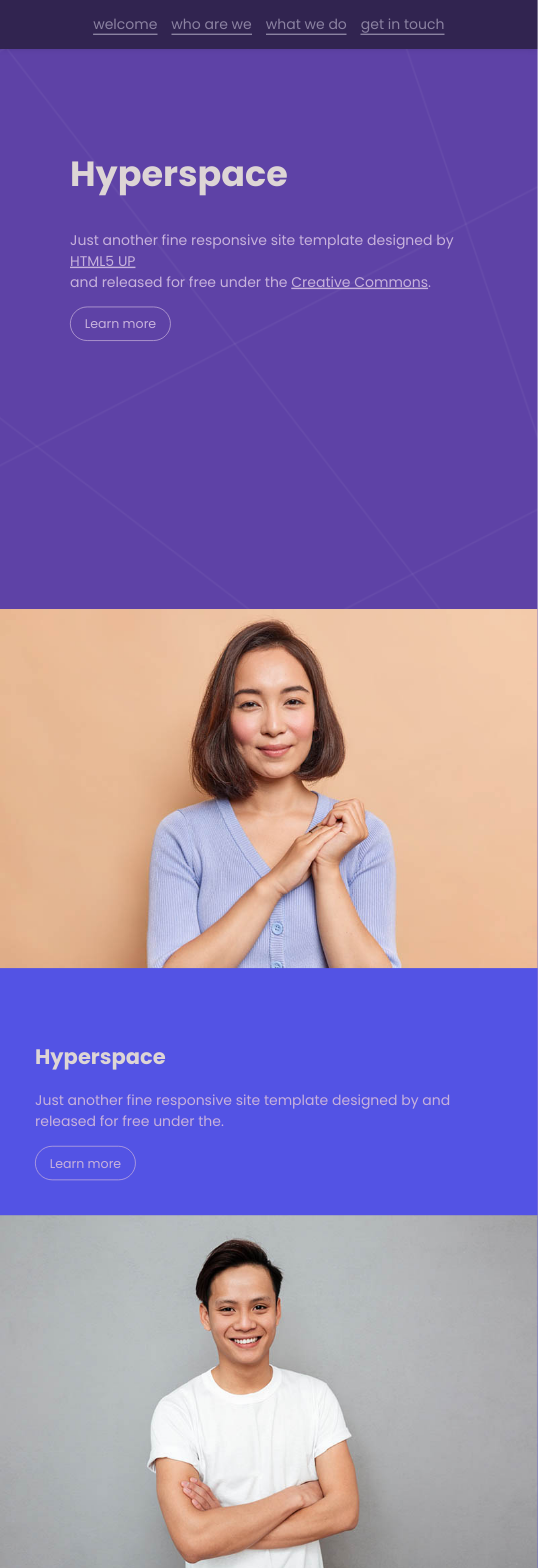
Repository: zai31/KIMIT_Tasks
Page: JsSession8/index.html
An editor plug-in stored every save of this project. The page is shown before and after the next save, followed by the edit.
The browser window is 768 px wide. The pictures show the part of the page from y = 0 to 2240 px (the page is 6206 px tall before and 5925 px after), at 70% of full size.
Backgrounds fixed to the window are drawn as part of the page.

Above is the page before, as saved 2025-09-17 15:44:23.

### JsSession8/index.html
<!DOCTYPE html>
<html lang="en">
<head>
    <meta charset="UTF-8">
    <meta name="viewport" content="width=device-width, initial-scale=1.0">
    <link rel="stylesheet" href="./css/style.css">
	<link href="https://cdnjs.cloudflare.com/ajax/libs/font-awesome/6.5.2/css/all.min.css" rel="stylesheet">

    <title>Responsive</title>
</head>

<body>
    <section  class="flex-section">
        <div class="menu">
        <ul>
            <li><a href="#">welcome</a></li>
            <li><a href="#">who are we</a></li>
            <li><a href="#">what we do</a></li>
            <li><a href="#">get in touch</a></li>
        </ul>
</div>
<div class="section">
    <div class="content">
      <div class="intro">
							<h1>Hyperspace</h1>
							<p>Just another fine responsive site template designed by <a href="https://html5up.net">HTML5 UP</a><br>
							and released for free under the <a href="https://html5up.net/license">Creative Commons</a>.</p>
							<button>Learn more</button>

						</div>
    <div class="overview">
        <div class="s" style="background-color: rgb(83, 83, 228);">
           <img src="./images/1.jpg" alt="">

							<div ><h1>Hyperspace</h1>
                                <p>Just another fine responsive site template designed by
							and released for free under the.</p>
							<button>Learn more</button></div>
        </div>
        <div class="s" style="background-color: rgb(69, 69, 226);">
            <img src="./images/2.jpg" alt="">
							<div >
                                           	<h1>Hyperspace</h1>
<p>Just another fine responsive site template designed by
							and released for free under the.</p>
							<button>Learn more</button></div>
        </div>
        <div class="s" style="background-color: rgb(54, 54, 213);">
            <img src="./images/3.jpg" alt="">
							<div >
                                           	<h1>Hyperspace</h1>
<p>Just another fine responsive site template designed by
							and released for free under the.</p>
							<button>Learn more</button></div>
        </div>
    <div class="what">
							<h2 style="font-size: 30px;">What we do</h2>
							<p>Phasellus convallis elit id ullamcorper pulvinar. Duis aliquam turpis mauris, eu ultricies erat malesuada quis. Aliquam dapibus, lacus eget hendrerit bibendum, urna est aliquam sem, sit amet imperdiet est velit quis lorem.</p>
							<div class="features">
								<section style="border-radius:5px 0px 0px 0 ;">
									<span style="color: rgba(255, 255, 255, 0.759); font-size: 30px;" class="fa-solid fa-lock"></span>
									<h3 >Lorem ipsum amet</h3>
									<p>Phasellus convallis elit id ullam corper amet et pulvinar. Duis aliquam turpis mauris, sed ultricies erat dapibus.</p>
								</section>
								<section style="border-radius:0 5px 0px 0 ;">
									<span style="color: rgba(255, 255, 255, 0.759); font-size: 30px;" class="fa-solid fa-lock"></span>
									<h3>Aliquam sed nullam</h3>
									<p>Phasellus convallis elit id ullam corper amet et pulvinar. Duis aliquam turpis mauris, sed ultricies erat dapibus.</p>
								</section>
								<section>
									<span style="color: rgba(255, 255, 255, 0.759); font-size: 30px;" class="fa-solid  fa-cog"></span>
									<h3>Sed erat ullam corper</h3>
									<p>Phasellus convallis elit id ullam corper amet et pulvinar. Duis aliquam turpis mauris, sed ultricies erat dapibus.</p>
								</section>
								<section>
									<span style="color: rgba(255, 255, 255, 0.759); font-size: 30px;" class="fa-solid fa-desktop"></span>
									<h3>Veroeros quis lorem</h3>
									<p>Phasellus convallis elit id ullam corper amet et pulvinar. Duis aliquam turpis mauris, sed ultricies erat dapibus.</p>
								</section>
								<section style="border-radius:0 0px 0px 5px  ;">
									<span class="fa-solid fa-link" style="color: rgba(255, 255, 255, 0.759); font-size: 30px;"></span>
									<h3>Urna quis bibendum</h3>
									<p>Phasellus convallis elit id ullam corper amet et pulvinar. Duis aliquam turpis mauris, sed ultricies erat dapibus.</p>
								</section>
								<section style="border-radius:0 0px 5px 0 ;">
									<span class="fa-solid fa-gem" style="color: rgba(255, 255, 255, 0.759); font-size: 30px;" ></span>
									<h3>Aliquam urna dapibus</h3>
									<p>Phasellus convallis elit id ullam corper amet et pulvinar. Duis aliquam turpis mauris, sed ultricies erat dapibus.</p>
								</section>
							</div>
							<ul class="actions">
								<li style="list-style: none;"><a href="generic.html" class="button" style="text-decoration: none; color: thistle;">Learn more</a></li>
							</ul>

    </div>
                        </div>
	<div class="form">
		<h2 style="font-size: 30px;">Get in touch</h2>
							<p>Phasellus convallis elit id ullamcorper pulvinar. Duis aliquam turpis mauris, eu ultricies erat malesuada quis. Aliquam dapibus, lacus eget hendrerit bibendum, urna est aliquam sem, sit amet imperdiet est velit quis lorem.</p>
							<div class="formS"><form action="">
								<div class="fields">

								<div class="row">

									<div class="field">
										<label for="name">Name</label>
										<input type="text" name="name" id="name" />
									</div>
									<div class="field">
										<label for="email">Email</label>
										<input type="email" name="email" id="email" />
									</div></div>
									<div class="field">
										<label for="message">Message</label>
										<textarea name="message" id="message" rows="3"></textarea>
									</div>
								</div>
								<ul style="list-style: none;padding: 0px;" class="actions">
									<li><input type="submit" value="Send" /></li>
								</ul>
							</form>
							<div class="line"></div>
							<section>
								<ul style="list-style: none;" class="contact">
										<li>
											<h3>Address</h3>
											<span>12345 Somewhere Road #654<br>
											Nashville, TN 00000-0000<br>
											USA</span>
										</li>
										<li>
											<h3>Email</h3>
											<a href="#">user@untitled.tld</a>
										</li>
										<li>
											<h3>Phone</h3>
											<span>(000) 000-0000</span>
										</li>
										<li>
											<h3>Social</h3>
											<ul style="list-style: none; display: flex; padding: 0px;gap: 10px;" class="icons">
												<li><a href="#" class="fa-brands fa-twitter"><span class="label"></span></a></li>
												<li><a href="#" class="fa-brands fa-facebook"><span class="label"></span></a></li>
												<li><a href="#" class="fa-brands fa-github"><span class="label"></span></a></li>
												<li><a href="#" class="fa-brands fa-instagram"><span class="label"></span></a></li>
												<li><a href="#" class="fa-brands fa-linkedin-in"><span class="label"></span></a></li>
											</ul>
										</li>
									</ul>
							</section>

							</div>
	</div>
	<div class="footer">
					<ul style="list-style: none;color: rgba(240, 248, 255, 0.3);display:flex;gap: 10px;">
						<li >© Untitled. All rights reserved.</li>
						<li style="width: 1px; background-color: rgba(255, 255, 255, 0.253);height:16px;margin: auto 0;"></li>
						<li>Images: <a style="text-decoration: none;color: rgba(255, 255, 255, 0.253);" href="http://unsplash.com">Unsplash</a></li>
						<li style="width: 1px; background-color: rgba(255, 255, 255, 0.253);height:16px;margin: auto 0;"></li>

						<li>Design: <a  style="text-decoration: none;color: rgba(255, 255, 255, 0.253);"href="https://html5up.net">HTML5 UP</a></li>
					</ul>
				</div>
							</div>
                        </div>

                    </section>
</body>
</html>

### JsSession8/CSS/style.css
@import url("https://fonts.googleapis.com/css2?family=Poppins:ital,wght@0,100;0,200;0,300;0,400;0,500;0,600;0,700;0,800;0,900;1,100;1,200;1,300;1,400;1,500;1,600;1,700;1,800;1,900&display=swap");

* {
    box-sizing: border-box;
    font-family: "Poppins", sans-serif;
}

:root {
    --sidebar-color: #312450;
    --primary-color: #5e42a6;
    --secondary-color: #b74e91;
    --section-bg-color: #c7b2dc;
    --dark-color: #000000;
    --navbar-bg-color: #273053;
    --p-color: #717275;
    --highlight-icon-color: #ff0100;
    --main-transition: 0.5s all ease-in-out;
}


html,
body {
    height: 100%;
    margin: 0;
    padding: 0;
}

.flex-section {
    display: flex;
    flex-direction: row;

}

/*side bar*/
.flex-section .menu {
    min-height: 100vh;
    /* ensures sidebar spans at least the full screen */
    height: auto;
    /* lets it grow with content */
    width: 300px;
    top: 0;
    left: 0;
    position: fixed;
    background-color: var(--sidebar-color);
    padding: 145px 30px;
    box-shadow: 0 0 10px rgba(0, 0, 0, 0.1);
}



.flex-section .menu ul {
    list-style: none;
    padding: 0;
    margin: 0;
    text-align: right;
}

.flex-section .menu ul li {
    margin-bottom: 10px;
    font-size: 20px;
    position: relative;
    /* needed for ::after positioning */
    padding-bottom: 10px;
}

.flex-section .menu ul li a {
    text-decoration: none;
    color: #8b82a1;

}

.flex-section .menu ul li::after {
    content: "";
    position: absolute;
    left: 0;
    bottom: 0;
    width: 100%;
    /* stick to the bottom */
    height: 2px;
    background-color: #8b82a1;
    /* thickness of underline */
    transition: width 0.3s ease;
}

/*use js*/
.flex-section .menu ul li a:hover::after {
    width: 100%;
    /* expand underline on hover */
}


.flex-section .menu ul li a:hover {
    color: #b5b8bf;
}

.flex-section .menu ul li a:active {
    color: #5e42a6;
}

.flex-section .menu ul li a:active::after {
    background: linear-gradient(to right, #4b0082, #8b00ff, #981196);
}

/*****respponsive *****/
@media screen and (max-width: 1023px) {
  .flex-section {
    flex-direction: column; /* stack menu on top */
  }

  .flex-section .menu {
    position: relative;   /* no longer fixed on side */
    width: 100%;
    height: auto;
    min-height: auto;
    padding: 20px;
    display: flex;
    justify-content: center;
    align-items: center;
  }

  .flex-section .menu ul {
    display: flex;
    flex-direction: row;
    justify-content: center;
    gap: 20px;
    text-align: center;
    width: 100%;
  }

  .flex-section .menu ul li {
    margin: 0;
    padding: 0;
  }

  .flex-section .section {
    padding-left: 0;
  }
}

/**************content*************/

/*content first section */
.flex-section .section {
    flex: 1;
    background-color: var(--section-bg-color);
    background-attachment: fixed;
    background-image: url("../assets/css/images/Screenshot\ 2025-09-15\ 075920.png");
    background-position: top right;
    background-repeat: no-repeat;
    background-size: 100% 100%;
    padding-left: 300px;
}

.flex-section .section .content {
    display: flex;
    flex-direction: column;
    width: 100%;
}

.flex-section .section .content .intro {
    padding: 100px;
    width: 100%;
    height: 100vh;
}

.flex-section .section .content .intro h1 {
    color: rgb(221, 213, 213);
    font-size: 50px;
}

.flex-section .section .content .intro p,
.flex-section .section .content .intro a {
    color: var(--section-bg-color);
    font-size: 20px;
}

.flex-section .section .content .intro a:hover {
    color: #fefefe;
    text-decoration: none;
}

.flex-section .section .content .intro button {
    color: var(--section-bg-color);
    background-color: transparent;
    border: 1px solid var(--section-bg-color);
    padding: 10px 20px;
    border-radius: 25px;
    cursor: pointer;
    text-decoration: none;
    font-size: 18px;
}

.flex-section .section .content .intro button:hover {
    background-color: #6f54b6;
}




/*content second section */

.flex-section .section .content .overview .s {
    display: flex;
    flex-direction: row;
    align-items: center;
    gap: 30px;
}

.flex-section .section .content .overview .s h1 {
    color: rgb(221, 213, 213);
    font-size: 30px;
}

.flex-section .section .content .overview .s p {
    color: var(--section-bg-color);
    font-size: 20px;
}

.flex-section .section .content .overview .s button {
    color: var(--section-bg-color);
    background-color: transparent;
    border: 1px solid var(--section-bg-color);
    padding: 10px 20px;
    border-radius: 25px;
    cursor: pointer;
    text-decoration: none;
    font-size: 18px;
}

.flex-section .section .content .overview .s button:hover {
    background-color: rgb(77, 77, 246);
}

.flex-section .section .content .overview .s img {
    width: 40%;
}

/**responsive**/
@media screen and (min-width: 425px) and (max-width: 768px) and (orientation: portrait) {

    .flex-section .section {
        padding-left: 0; /* remove left offset since sidebar is gone */
    }
   .flex-section .section .content .overview .s {
        display: flex;
        flex-direction: column;
    }
    .flex-section .section .content .overview .s div {
        padding: 50px;
    }

    .flex-section .section .content .overview .s img {
        width: 100%;
    }

}

/*what section*/

.flex-section .section .content .what {
    padding: 50px;
    width: 100%;
    background-color: var(--secondary-color);
}

.flex-section .section .content .what h3,
.flex-section .section .content .what h2 {
    color: rgb(221, 213, 213);
    font-size: 20px;
}
.flex-section .section .content .what p {
    color: #e0cee1;
    font-size: 15px;
}

.flex-section .section .content .what .features{
    display: flex;
    flex-direction: row;
    flex-wrap: wrap;
    background-color: #be5698;


}
.flex-section .section .content .what .features section {
 flex: 1 1 50%;     /* grow/shrink, ~half width with gap */
 border: 0.5px solid rgba(255, 255, 255, 0.248);
 box-sizing: border-box;
 padding: 30px;

}
.flex-section .section .content .what .actions {
   color: var(--section-bg-color);
    background-color: transparent;
    border: 1px solid var(--section-bg-color);
    padding: 10px 20px;
    border-radius: 25px;
    cursor: pointer;
    text-decoration: none;
    font-size: 18px;
    width: 150px;
}

 .what .actions:hover {
    background-color: rgb(212, 107, 177);
}
.features section span,
.features section h3 {
  display: inline-block;
  vertical-align: middle;
  margin: 0 5px;
}
 @media screen and (min-width: 425px) and (max-width: 768px) and (orientation: portrait) {

.flex-section .section .content .what .features section {
 flex: 1 1 100%;     /* grow/shrink, full width with gap */

}

 }
/*form*/

.form {
    padding: 50px;
    width: 100%;
    background-color: var(--primary-color);

}
.form .formS
{
   display: flex;
   flex-direction: row;
}
.form h2 {
    color: rgba(221, 213, 213, 0.873);
    font-size: 30px;
}
.form p {
    color: #e0cee19d;
    font-size: 15px;
}
 .fields {
    display: flex;
    flex-direction: row;
    flex-wrap: wrap;
    width: 80%;
    border-radius: 10px;
    height: 80%;
    gap: 20px;
}

.field {
  display: flex;
  flex-direction: column;
  flex: 1; /* make name and email share equal width */
}
.field input, .field textarea{
    background-color: transparent;
    border: 1px solid #e0cee127;
    border-radius: 5px;
    cursor: pointer;
    text-decoration: none;
    font-size: 18px;
    color: #e0cee19d;
}
.field label {
    color: #e0cee19d;
    font-size: 17px;
}
.contact-info {
  flex: 1; /* right side column */
  color: #e0cee19d;
}

.form .fields .row {
    display: flex;
    flex-direction: row;
    flex-wrap: wrap;
    width: 100%;
    gap: 20px;}

    .field textarea
    {
        height: 200px;
    }
.line {
    width: 2px;
    background-color:#ffffff28; /* or border-left: 1px solid #e0cee127; */
    margin: 0 15px; /* spacing from form and contact info */
    align-self: stretch; /* makes it fill the full height of the flex container */
}
.formS .contact{
    width: 100%;
}
.formS .contact h3 {
    color: rgba(221, 213, 213, 0.873);
    font-size: 20px;
}
.formS .contact span {
    color: #e0cee19d;
    font-size: 15px;
}
.formS .actions input
{
    color: var(--section-bg-color);
    background-color: transparent;
    border: 1px solid var(--section-bg-color);
    padding: 10px 20px;
    border-radius: 25px;
    cursor: pointer;
    text-decoration: none;
    font-size: 16px;
    width: 140px;
    list-style: none;
}
 @media screen and (min-width: 425px) and (max-width: 768px) and (orientation: portrait) {

.form .formS
{
   display: flex;
   flex-direction: column;
}
 .line {
    width: 100%;          /* full width */
    height: 2px;          /* thin horizontal */
    background-color:#ffffff28;
    margin: 20px 0;       /* space above and below */
  }


 }

.footer
{
    padding: 50px;
    width: 100%;
    height: 140px;
    background-color:#413167;
}

After the next save:
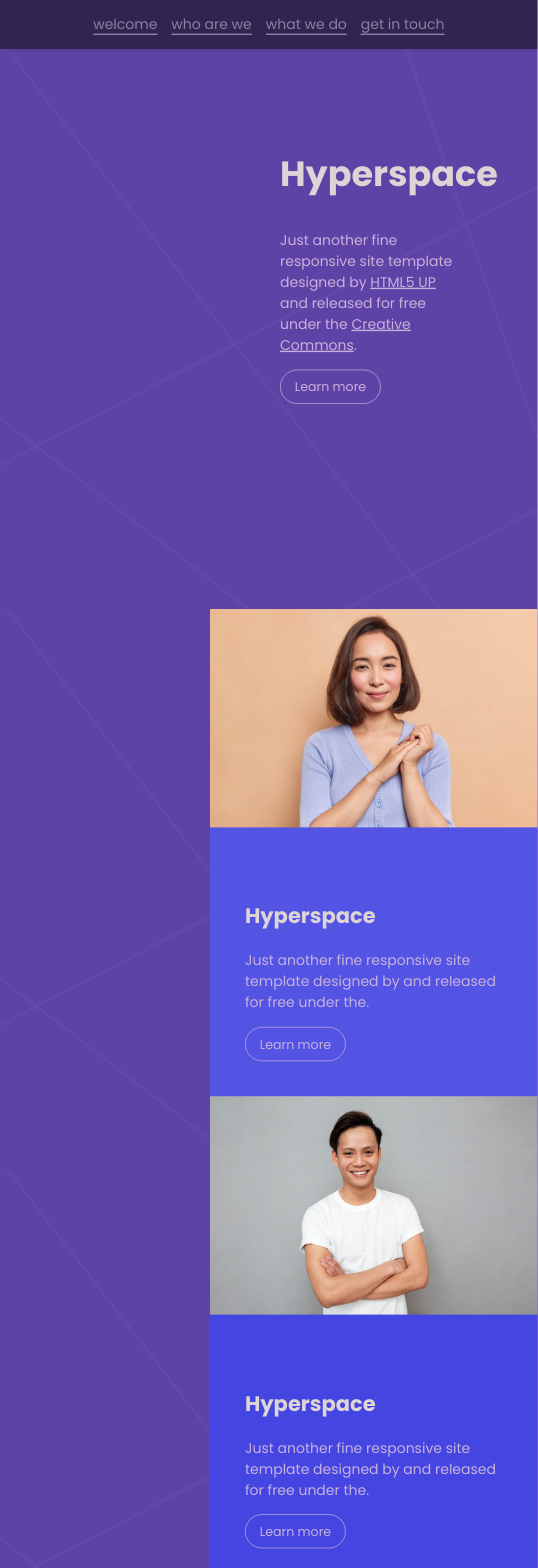
Saved 3 min 11 s later.
--- a/JsSession8/CSS/style.css
+++ b/JsSession8/CSS/style.css
@@ -252,7 +252,16 @@
     .flex-section .section .content .overview .s img {
         width: 100%;
     }
-
+ .flex-section .section {
+    flex: 1;
+    background-color: var(--section-bg-color);
+    background-attachment: fixed;
+    background-image: url("../assets/css/images/Screenshot\ 2025-09-15\ 075920.png");
+    background-position: top right;
+    background-repeat: no-repeat;
+    background-size: 100% 100%;
+    padding-left: 300px;
+}
 }
 
 /*what section*/

After the save that followed:
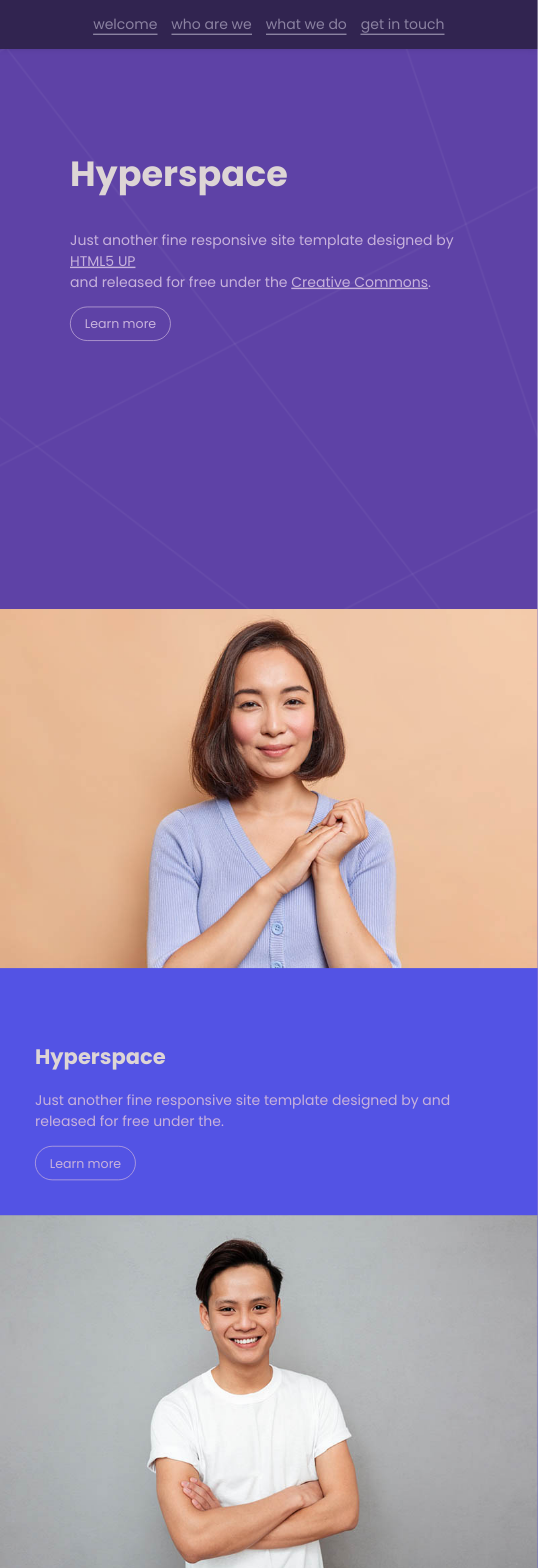
Saved 11 s later.
--- a/JsSession8/CSS/style.css
+++ b/JsSession8/CSS/style.css
@@ -252,16 +252,7 @@
     .flex-section .section .content .overview .s img {
         width: 100%;
     }
- .flex-section .section {
-    flex: 1;
-    background-color: var(--section-bg-color);
-    background-attachment: fixed;
-    background-image: url("../assets/css/images/Screenshot\ 2025-09-15\ 075920.png");
-    background-position: top right;
-    background-repeat: no-repeat;
-    background-size: 100% 100%;
-    padding-left: 300px;
-}
+
 }
 
 /*what section*/
